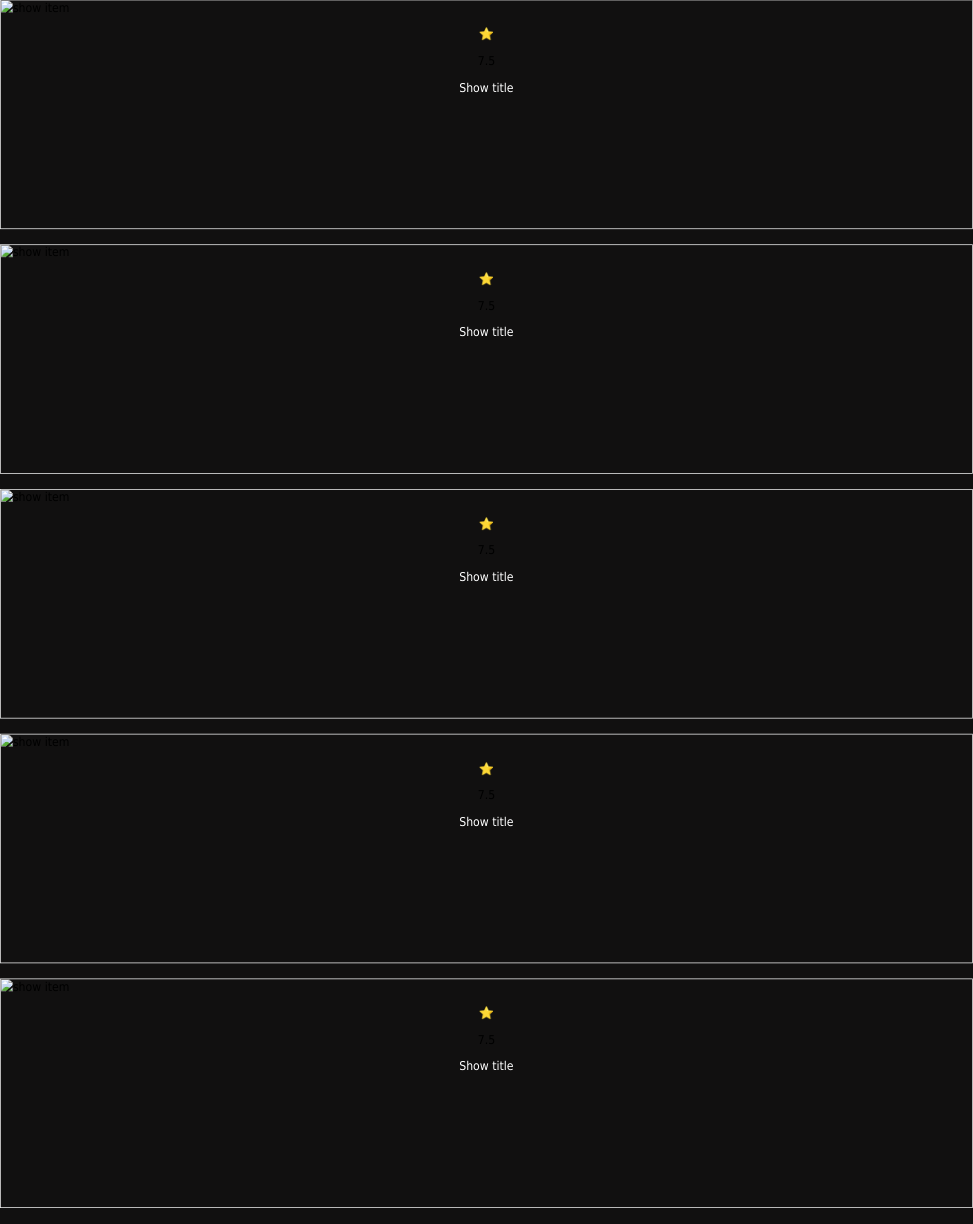
Repository: ahmedhamed15/React-Movies-App
Page: /#/search
An editor plug-in stored every save of this project. The page is shown before and after a run of saves, followed by the edit.
The browser window is 1280 px wide. The pictures show the part of the page from y = 360 to 1970 px (the page is 1970 px tall), at 76% of full size.
Backgrounds fixed to the window are drawn as part of the page. The project was rebuilt for these pictures with package versions that can differ from the ones it lists, and the page was loaded fresh each time. Also part of the build but not shown: src/Pages/HomePage.js, src/Components/Shows/Show.js, src/Pages/ShowPage.js.

Above is the page before, as saved 2021-07-18 21:39:28.

After the next 2 saves:
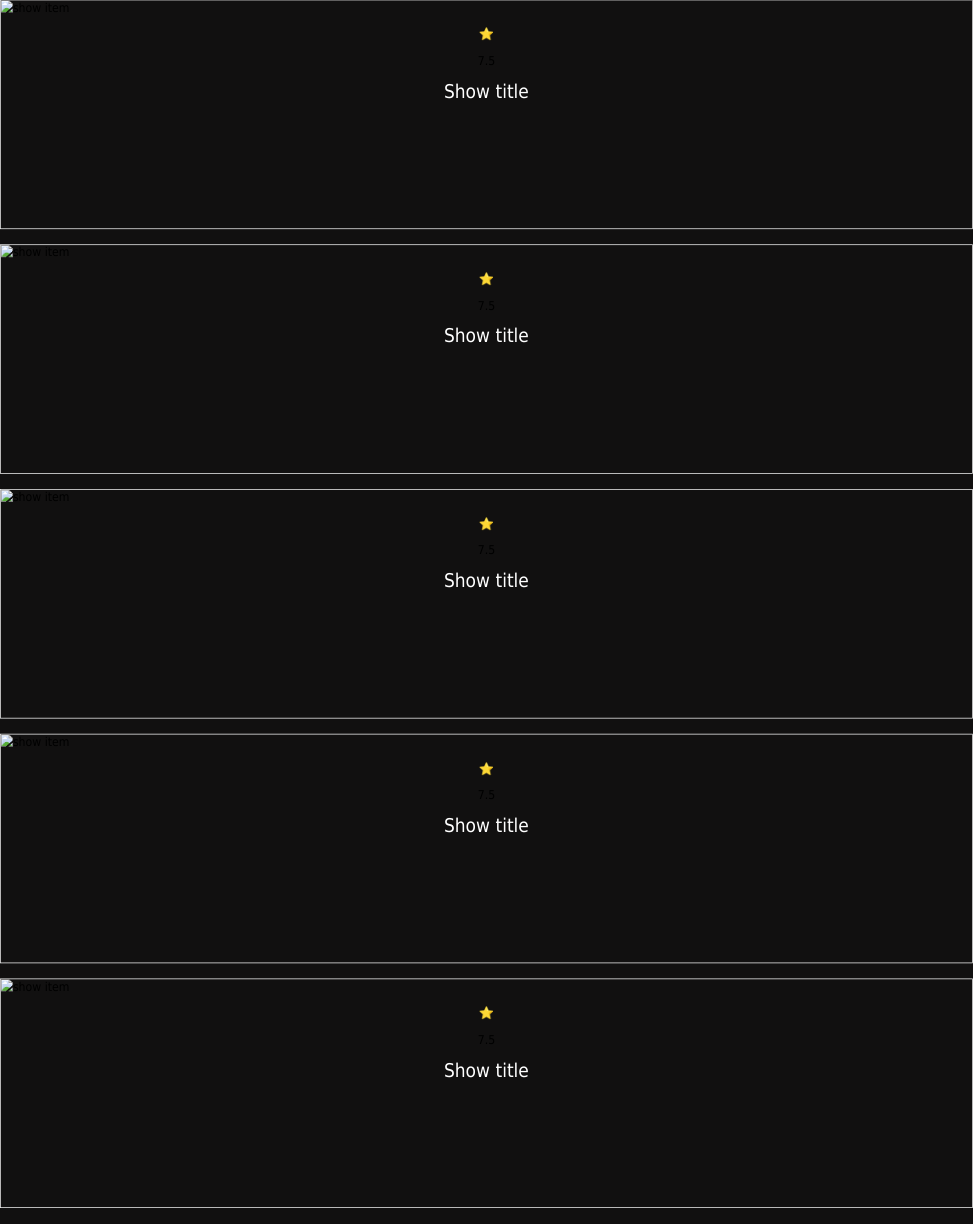
The 2 saves are shown as one change because they came seconds apart.
The last was saved 11 s later.
--- a/src/assets/index.css
+++ b/src/assets/index.css
@@ -109,4 +109,5 @@ header a:hover {
 }
 .show-item .show-item__overlay a {
   color: white;
+  font-size: 25px;
 }
